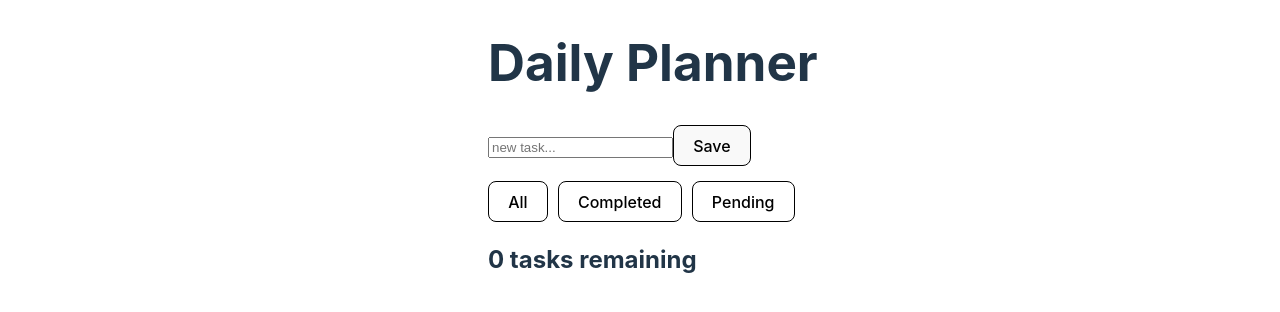
Repository: leslie179/labfour
Page: / (app in labfour/)
These files come from the project's save history. The page is drawn as it stood at one moment and after the next save; the edit follows.
The browser window is 1280 px wide. The pictures show the whole page.
The project was rebuilt for these pictures with package versions that can differ from the ones it lists, and the page was loaded fresh each time. Also part of the build but not shown: labfour/vite.config.js, labfour/src/components/Task.jsx.

Above is the page before, as saved 2024-10-27 19:51:05.

After the next save:
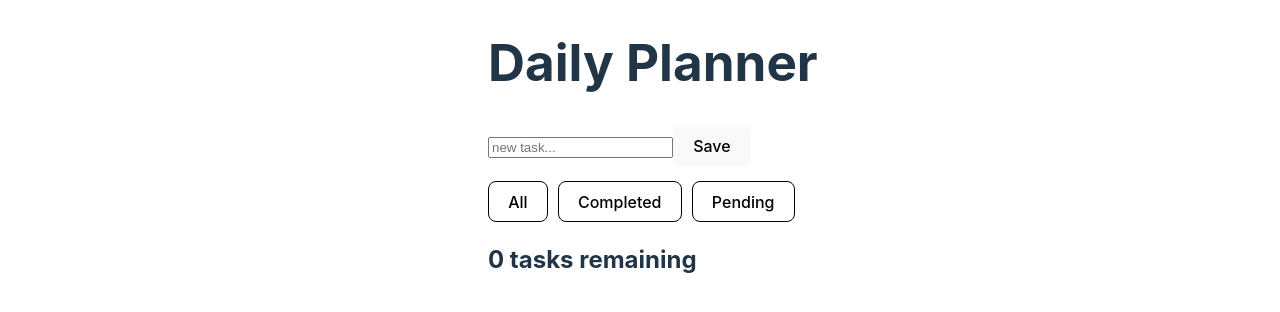
Saved 5 s later.
--- a/labfour/src/index.css
+++ b/labfour/src/index.css
@@ -40,8 +40,6 @@ button {
   background-color: #1a1a1a;
   cursor: pointer;
   transition: border-color 0.25s;
-  border: 1px solid black;
-  background-color: #00800a;
 }
 button:hover {
   border-color: #646cff;
